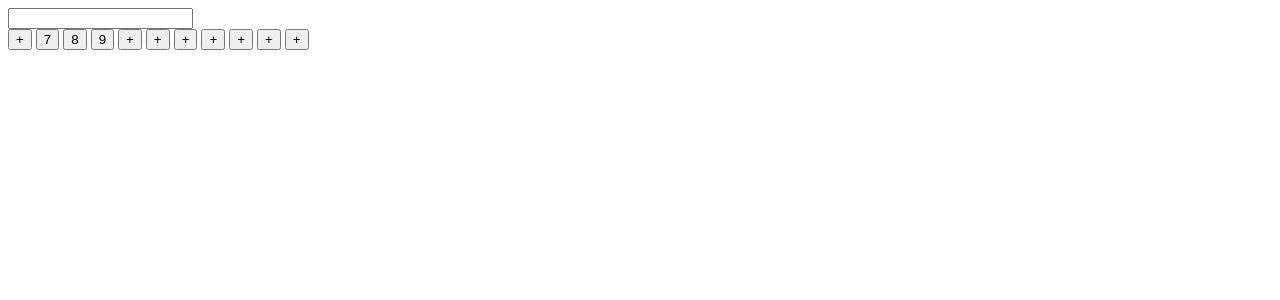
Repository: Haakim19/JavaScript
Page: Calculater/Main.html
An editor plug-in stored every save of this project. The page is shown before and after the next save, followed by the edit.
The browser window is 1280 px wide. The pictures show the whole page.

Above is the page before, as saved 2024-10-22 21:34:01.

### Calculater/Main.html
<!DOCTYPE html>
<html lang="en">
<head>
    <meta charset="UTF-8">
    <meta name="viewport" content="width=device-width, initial-scale=1.0">
    <title>Calculator</title>
</head>
<body>
    <div class="calculator">
        <input type="display" readonly>
        <div class="keys">
            <button onclick="appentToDisplay('+')">+</button>
            <button onclick="appentToDisplay('7')">7</button>
            <button onclick="appentToDisplay('8')">8</button>
            <button onclick="appentToDisplay('9')">9</button>
            <button onclick="appentToDisplay('+')">+</button>
            <button onclick="appentToDisplay('+')">+</button>
            <button onclick="appentToDisplay('+')">+</button>
            <button onclick="appentToDisplay('+')">+</button>
            <button onclick="appentToDisplay('+')">+</button>
            <button onclick="appentToDisplay('+')">+</button>
            <button onclick="appentToDisplay('+')">+</button>
        </div>
    </div>

</body>
</html>

After the next save:
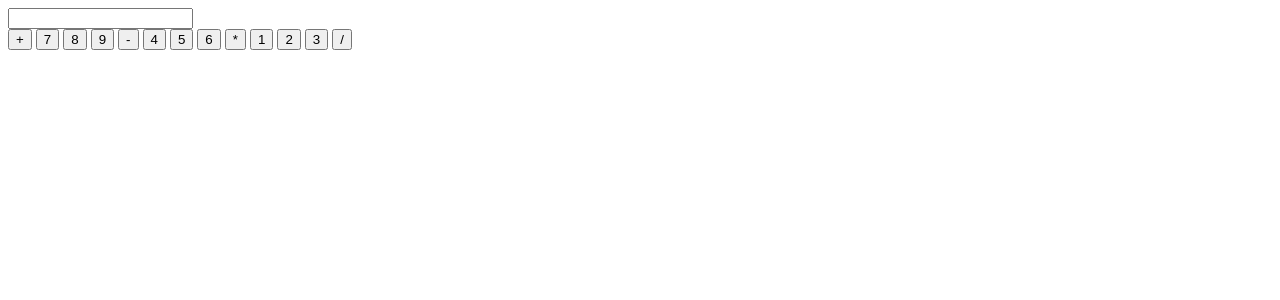
Saved 72 s later.
--- a/Calculater/Main.html
+++ b/Calculater/Main.html
@@ -13,13 +13,15 @@
             <button onclick="appentToDisplay('7')">7</button>
             <button onclick="appentToDisplay('8')">8</button>
             <button onclick="appentToDisplay('9')">9</button>
-            <button onclick="appentToDisplay('+')">+</button>
-            <button onclick="appentToDisplay('+')">+</button>
-            <button onclick="appentToDisplay('+')">+</button>
-            <button onclick="appentToDisplay('+')">+</button>
-            <button onclick="appentToDisplay('+')">+</button>
-            <button onclick="appentToDisplay('+')">+</button>
-            <button onclick="appentToDisplay('+')">+</button>
+            <button onclick="appentToDisplay('+')">-</button>
+            <button onclick="appentToDisplay('+')">4</button>
+            <button onclick="appentToDisplay('+')">5</button>
+            <button onclick="appentToDisplay('+')">6</button>
+            <button onclick="appentToDisplay('+')">*</button>
+            <button onclick="appentToDisplay('+')">1</button>
+            <button onclick="appentToDisplay('+')">2</button>
+            <button onclick="appentToDisplay('+')">3</button>
+            <button onclick="appentToDisplay('+')">/</button>
         </div>
     </div>
 
